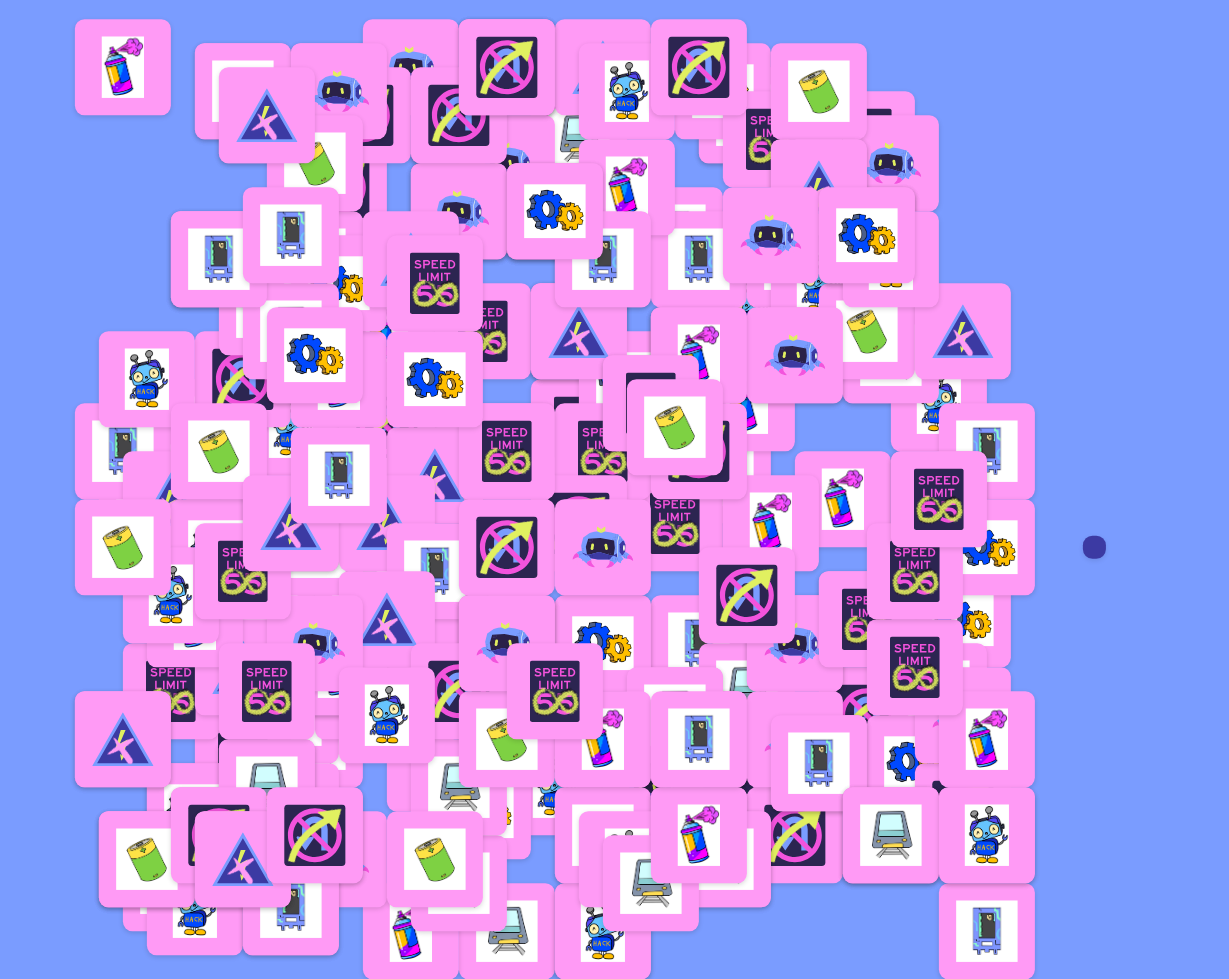
Repository: Avril-Cui/hack-puzzle
Page: / (app in client/)
The author's editor kept a copy of each file at every save. The page is drawn from the files as they stood at one save, then again after the next save.
The browser window is 1280 px wide. The pictures show the whole page, at 96% of full size.
The project was rebuilt for these pictures with package versions that can differ from the ones it lists, and the page was loaded fresh each time. The framework's server and built-in components were replaced by stand-ins that run in the browser. Also part of the build but not shown: client/next.config.ts.

Above is the page before, as saved 2025-06-11 19:45:01.

### client/app/page.tsx
import Game from "../components/Game";

export default function Home() {
  return (
    <div>
      <Game />
    </div>
  );
}

### client/app/globals.css
@import "tailwindcss";

:root {
  --background: #7A9CFF;
}

@theme inline {
  --color-background: var(--background);
  --color-foreground: var(--foreground);
  --font-sans: var(--font-geist-sans);
  --font-mono: var(--font-geist-mono);
}

@media (prefers-color-scheme: dark) {
  :root {
    --background: #7A9CFF;
  }
}

body {
  background: var(--background);
  color: var(--foreground);
  font-family: Arial, Helvetica, sans-serif;
}

### client/components/Game.tsx
"use client";
import React, { useEffect, useState } from "react";
import styles from "./Game.module.css";

interface Tile {
  id: string;
  x: number;
  y: number;
  z: number;
  status: number;
  isCover: boolean;
  iconName: string;
}

const CELL_SIZE = 100;
const ICONS = ["🍀", "🌈", "⚙️", "🐏", "🐯", "🐤", "📚", "🧠", "💻", "🐼"];

const PuzzleGame: React.FC = () => {
  const [tiles, setTiles] = useState<Tile[]>([]);
  const [queue, setQueue] = useState<Tile[]>([]);

  useEffect(() => {
    fetch("/scene.json")
      .then((res) => res.json())
      .then((data) => {
        setTiles(data);
      });
  }, []);

  const handleClick = (tile: Tile) => {
    if (tile.isCover || tile.status !== 0 || queue.length >= 7) return;
    setQueue((prev) => [...prev, tile]);
    setTiles((prev) =>
      prev.map((t) => (t.id === tile.id ? { ...t, status: 1 } : t))
    );
  };

  const getEmoji = (iconName: string): string => {
    const index = parseInt(iconName.replace("icon_", ""));
    return ICONS[index] || "❓";
  };

  const getIconPath = (iconName: string): string => {
    const extMap: Record<string, string> = {
      icons0: "svg",
      icons1: "png",
      icons2: "png",
      icons3: "png",
      icons4: "svg",
      icons5: "jpg",
      icons6: "jpg",
      icons7: "jpg",
      icons8: "svg",
      icons9: "svg",
    };
    const ext = extMap[iconName] || "png";
    return `/icons/${iconName}.${ext}`;
  };

  return (
    <div className={styles.gameContainer}>
      <div className={styles.tileBoard}>
        {tiles.map((tile) => (
          <div
            key={tile.id}
            className={`${styles.tile} ${tile.isCover ? styles.covered : ""}`}
            style={{
              left: tile.x,
              top: tile.y,
              zIndex: tile.z,
            }}
            onClick={() => handleClick(tile)}
          >
            <div
              className={styles.tileInner}
              style={{ opacity: tile.status < 2 ? 1 : 0 }}
            >
              <img
                src={getIconPath(tile.iconName)}
                alt={tile.iconName}
                className={styles.tileInner}
                style={{ opacity: tile.status < 2 ? 1 : 0 }}
              />
            </div>
          </div>
        ))}
      </div>

      <div className={styles.queueBar}>
        {queue.map((tile) => (
          <div key={tile.id} className={styles.queueTile}>
            <img
              src={getIconPath(tile.iconName)}
              alt={tile.iconName}
              className={styles.tileInner}
              style={{ opacity: tile.status < 2 ? 1 : 0 }}
            />
          </div>
        ))}
      </div>
    </div>
  );
};

export default PuzzleGame;

### client/components/Game.module.css
.gameContainer {
  display: flex;
  justify-content: center;
  align-items: center;
  height: 100vh;
  margin-top: 10em;
}

.tileBoard {
  position: relative;
  width: 1000px;
  height: 900px;
  background-color: transparent; /* remove green board background */
}

.tile {
  position: absolute;
  width: 100px;
  height: 100px;
  background: #FF9AF5;
  border-radius: 10px;
  font-size: 40px;
  display: flex;
  align-items: center;
  justify-content: center;
  transition: transform 0.2s ease, opacity 0.3s ease;
  box-shadow: 0 2px 6px rgba(0, 0, 0, 0.15);
  cursor: pointer;
}

.tileInner {
  width: 100%;
  height: 100%;
  display: flex;
  justify-content: center;
  align-items: center;
  overflow: hidden;
  padding: 10%; /* optional, for consistent inner margin */
}

.tileInner img {
  max-width: 100%;
  max-height: 100%;
  object-fit: contain;
  pointer-events: none;
}

.covered {
  background: #ccc;
  opacity: 0.4;
  pointer-events: none;
}

.queueBar {
  margin-top: 100px;
  display: flex;
  justify-content: center;
  gap: 12px;
  padding: 12px;
  background: #3c3aa3;
  border-radius: 10px;
  box-shadow: 0 2px 6px rgba(0, 0, 0, 0.1);
}

.queueTile {
  width: 100px;
  height: 100px;
  background: white;
  border-radius: 10px;
  font-size: 40px;
  display: flex;
  align-items: center;
  justify-content: center;
  box-shadow: 0 2px 6px rgba(0, 0, 0, 0.1);
}

Loaded but not shown: client/app/layout.tsx (common file); client/public/scene.json (2162 lines, source omitted)

After the next save:
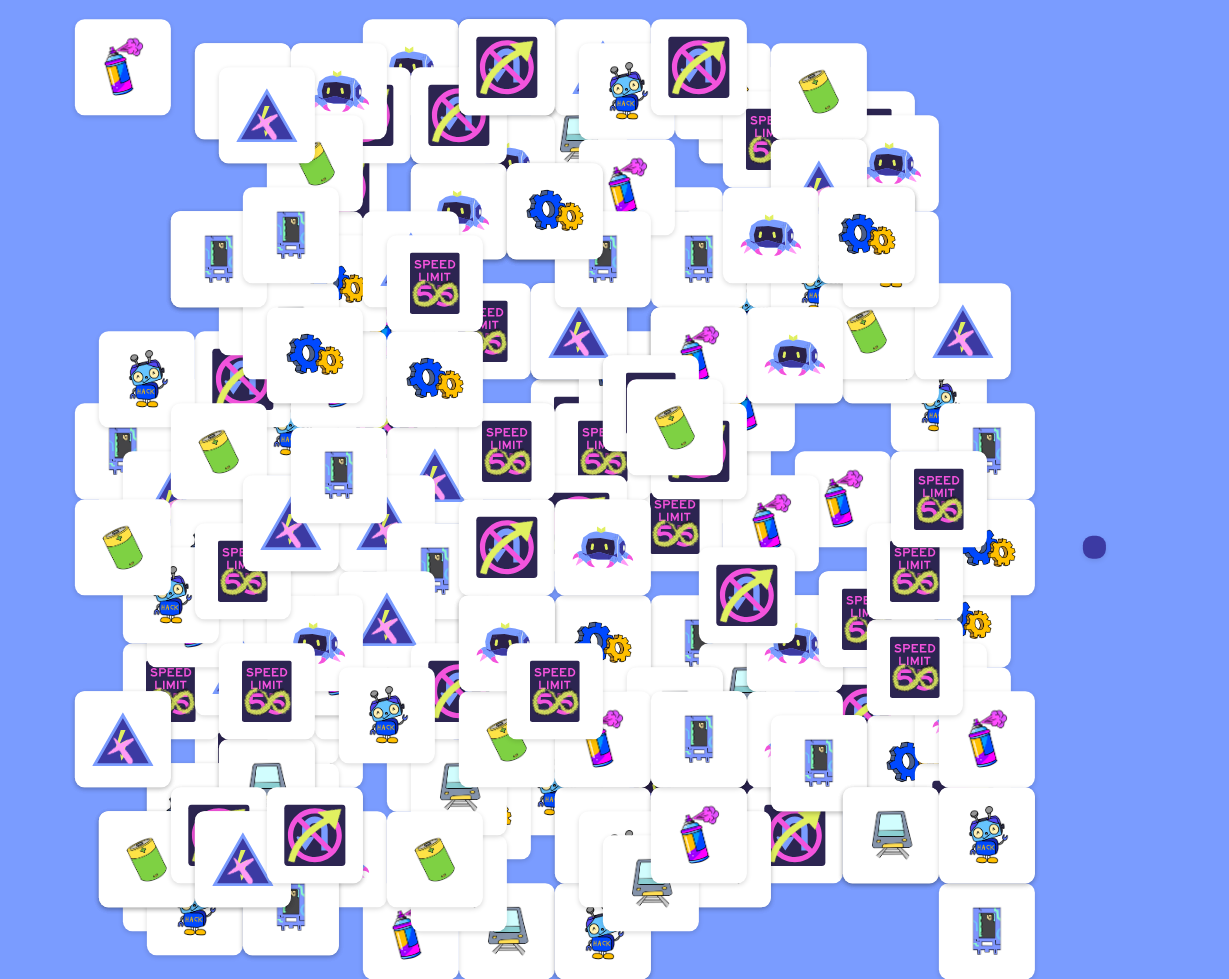
Saved 5 s later.
--- a/client/components/Game.module.css
+++ b/client/components/Game.module.css
@@ -17,7 +17,7 @@
   position: absolute;
   width: 100px;
   height: 100px;
-  background: #FF9AF5;
+  background: white;
   border-radius: 10px;
   font-size: 40px;
   display: flex;
